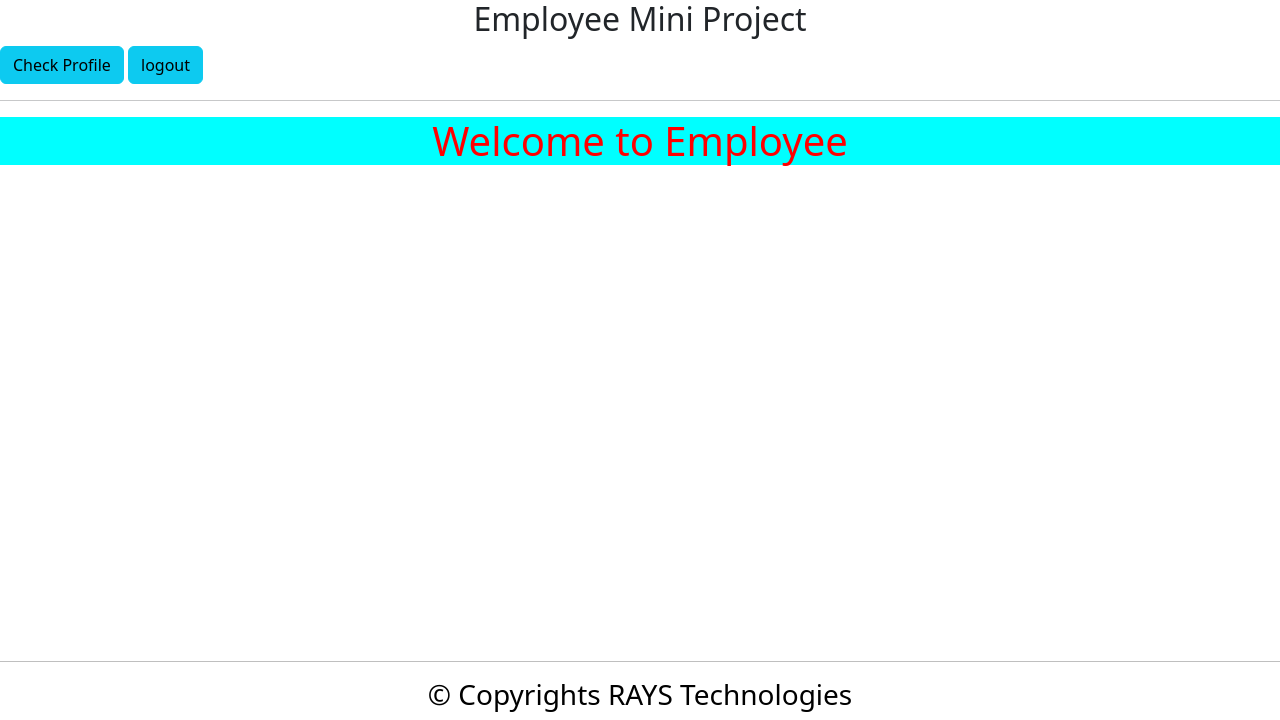
Repository: mca45034/MiniProjectp3
Page: http://localhost/miniproject/welcome.jsp
An editor plug-in stored every save of this project. The page is shown before and after the next save, followed by the edit.
The browser window is 1280 px wide. The pictures show the whole page.
The page is served by Tomcat 9. Other server files are loaded and not shown.

Above is the page before, as saved 2024-03-03 16:38:42.

### project/miniproject/src/main/webapp/welcome.jsp
<%@ page language="java" contentType="text/html; charset=ISO-8859-1"
    pageEncoding="ISO-8859-1"%>
<!DOCTYPE html>
<html>
<head>
<meta charset="ISO-8859-1">
<title>Insert title here</title>
<style type="text/css">
 form{
 background-color: aqua;
 }
</style>
</head>
<body>
<%@ include file="header.jsp" %>
<center>
<form action="">
<h1 style="color: red">Welcome to Employee</h1>
</center>
</form>
<%@ include file="Footer.jsp" %>
</body>
</html>

### project/miniproject/src/main/webapp/header.jsp
<%@ page language="java" contentType="text/html; charset=ISO-8859-1"
	pageEncoding="ISO-8859-1"%>
<!DOCTYPE html>
<html>
<head>
<meta charset="ISO-8859-1">
<title>Insert title here</title>
<link rel="stylesheet"
	href="https://cdn.jsdelivr.net/npm/bootstrap@5.2.3/dist/css/bootstrap.min.css">
<style type="text/css">
body{
      background-color: orange;
    }
</style>
</head>
<body>
	<center>
<h2 class="text-dark">Employee Mini Project</h2>
</center>
	<%
		String user = (String) session.getAttribute("usertype");

		if (user != null) {
	%>
	<h3>
		Hii,
		<%=user%></h3>
	<%
		}
	%>

	<%
		if (user != null && user.equalsIgnoreCase("admin")) {
	%>
	<a href="addEmployee.jsp" class="btn btn-info">Add Employee</a>
	<a href="employeec" class="btn btn-info">show Employee list</a>

	<%
		}

		else if (user != null || user != "admin") {
	%>
	<a href="employeec?action=editbyemail&email=<%=user%>"
		class="btn btn-info">Check Profile</a>
	<%
		}
	%>
	<a href="loginc" class="btn btn-info">logout</a>
	<h1><hr></h1>
</body>
</html>

### project/miniproject/src/main/webapp/Footer.jsp
<%@ page language="java" contentType="text/html; charset=ISO-8859-1"
    pageEncoding="ISO-8859-1"%>
<!DOCTYPE html>
<html>
<head>
<link rel="stylesheet" href="https://cdn.jsdelivr.net/npm/bootstrap@5.2.3/dist/css/bootstrap.min.css">
  <style type="text/css">

#footer {

    position: fixed;
    left:0;
    width:100%;
    bottom:0;
    background-color:white;
    color:black;


   text-align:center;
}
</style>

</head>
<body>
<form action="">
<div id ="footer" >
<CENTER><hr>
    <H3>&copy; Copyrights RAYS Technologies</H3>
</CENTER>
</div>
</form>
</html>

After the next save:
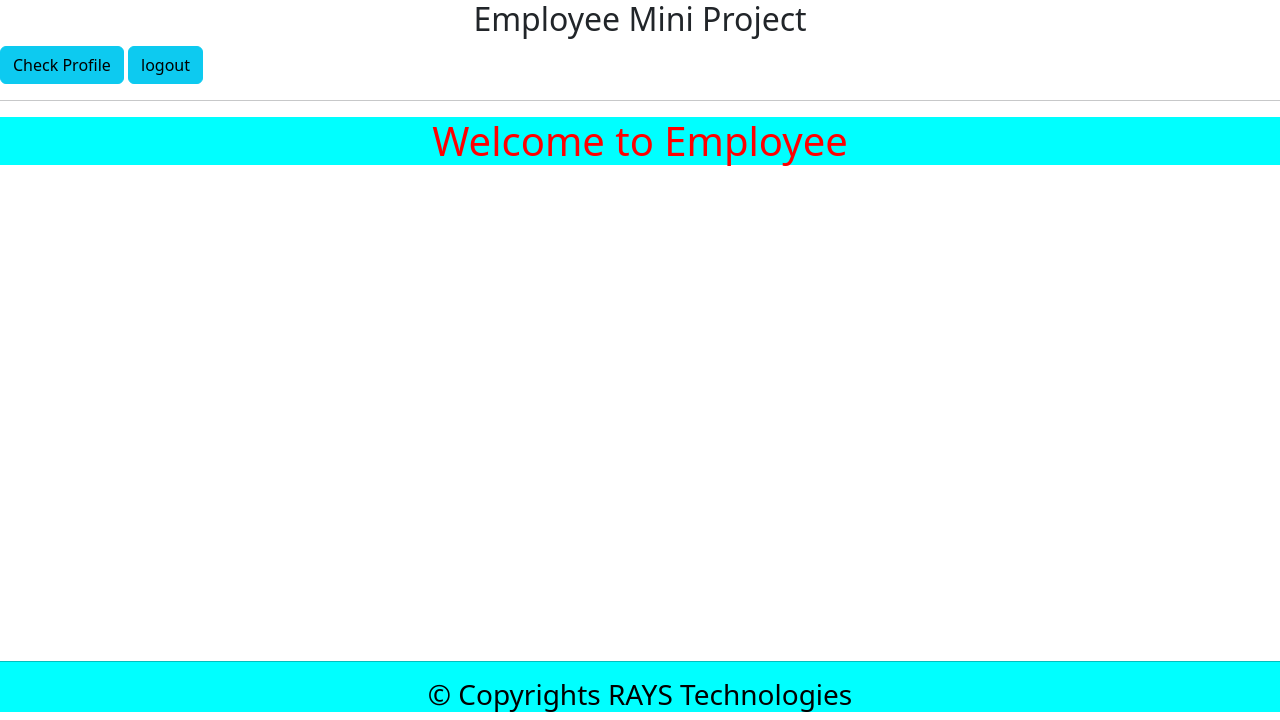
Saved 85 s later.
--- a/project/miniproject/src/main/webapp/Footer.jsp
+++ b/project/miniproject/src/main/webapp/Footer.jsp
@@ -18,15 +18,20 @@
 
    text-align:center;
 }
+ form{
+      background-color: aqua;
+    }
 </style>
 
 </head>
 <body>
+
+<div id ="footer" >
 <form action="">
-<div id ="footer" >
 <CENTER><hr>
     <H3>&copy; Copyrights RAYS Technologies</H3>
 </CENTER>
+</form>
 </div>
-</form>
+
 </html>
